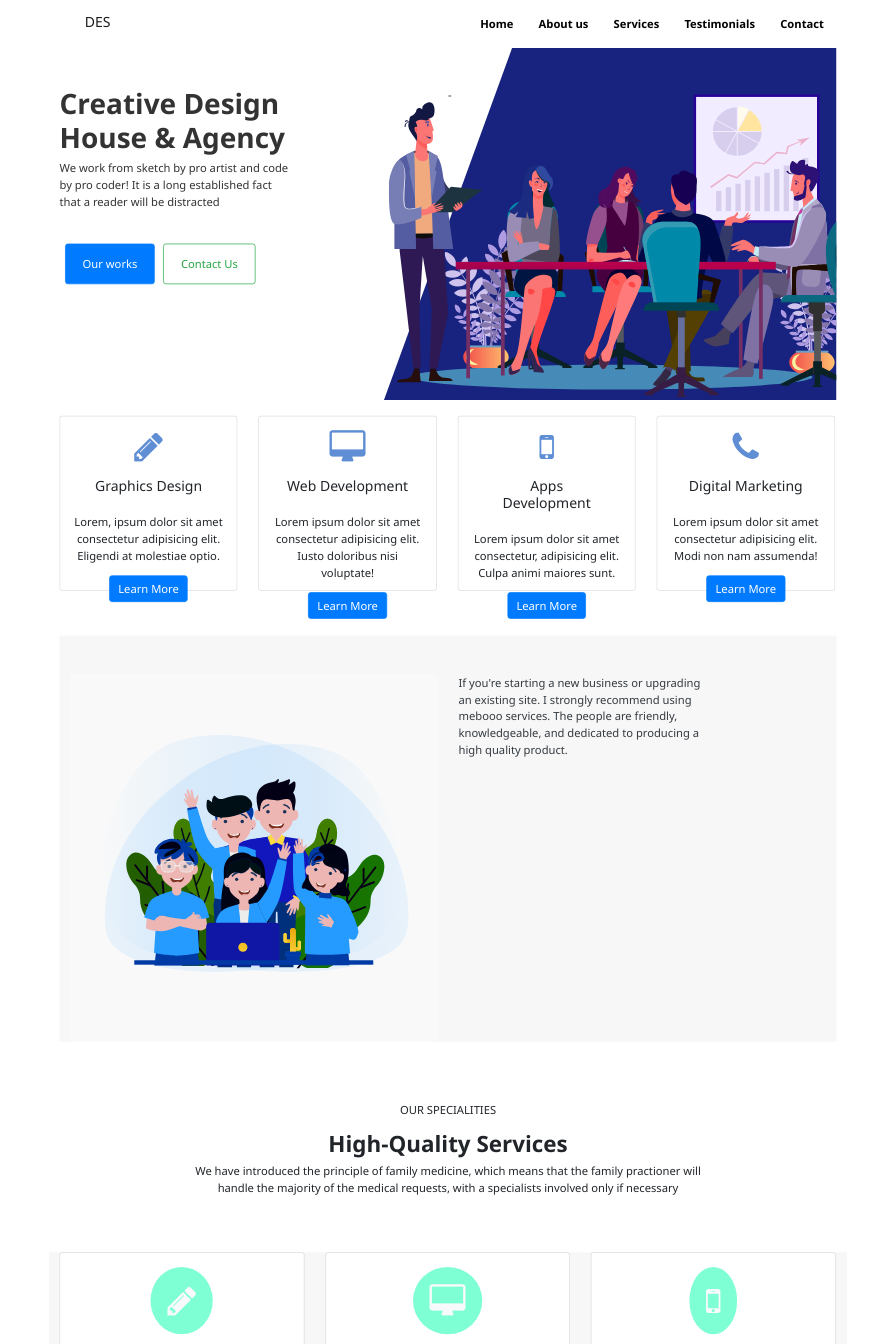
Repository: stephenkayade/Tarm
Page: index.html
The author's editor kept a copy of each file at every save. The page is drawn from the files as they stood at one save, then again after the next save.
The browser window is 1280 px wide. The pictures show the part of the page from y = 0 to 1920 px (the page is 3085 px tall before and 3073 px after), at 70% of full size.

Above is the page before, as saved 2020-05-07 23:50:50.

After the next save:
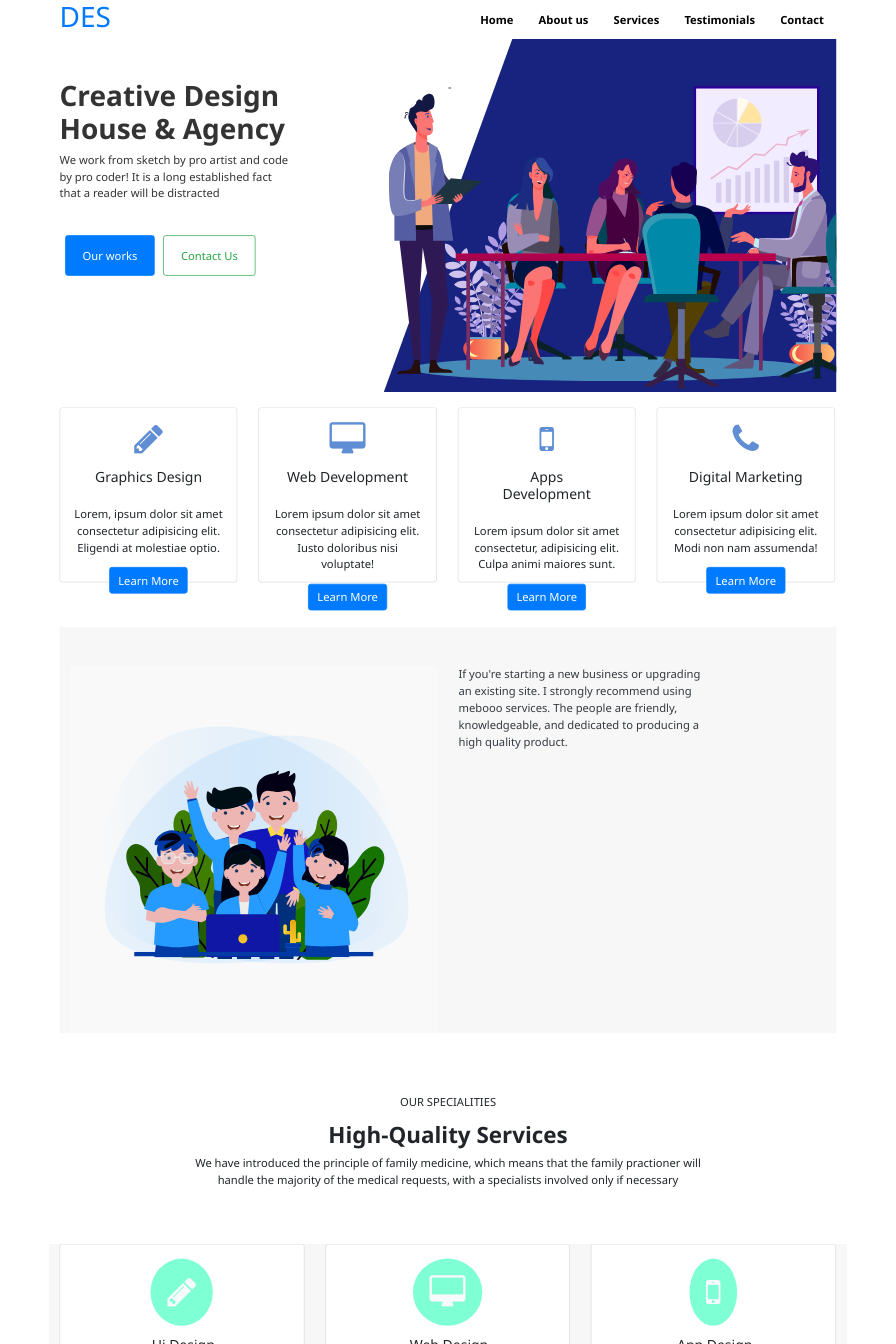
Saved 2 min 10 s later.
--- a/index.html
+++ b/index.html
@@ -24,7 +24,7 @@
         <section id="nav-bar">
             <nav class="navbar navbar-expand-lg navbar-light">
                 <!-- <h1>DES</h1> -->
-                <h1><a class="navbar-brand ml-1" href="#">DES</a></h1>
+                <h1 class="text-primary">DES</h1>
                 <button class="navbar-toggler" type="button" data-toggle="collapse" data-target="#navbarNav"
                     aria-controls="navbarNav" aria-expanded="false" aria-label="Toggle navigation">
                     <i class="fa fa-bars"></i>
